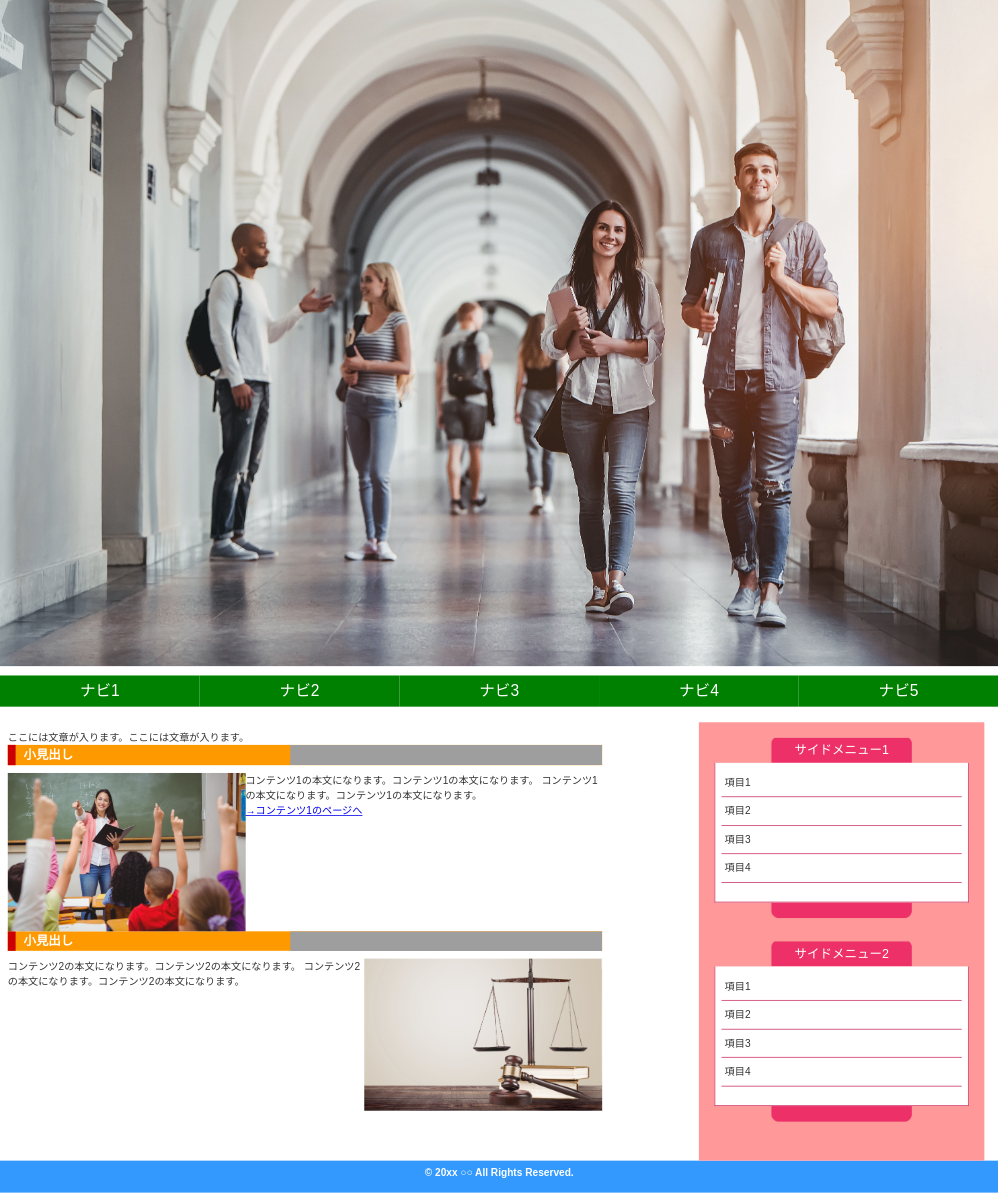
Repository: HeshaRI123/samurai_HTML-CSS
Page: index.html
The author's editor kept a record of every edit. The page is drawn from the files as they stood at one moment, then again after the next edit.
The browser window is 1280 px wide. The pictures show the whole page, at 78% of full size.
Pictures or frames that could not be fetched are drawn as grey boxes.

Above is the page before.

After the next edit:
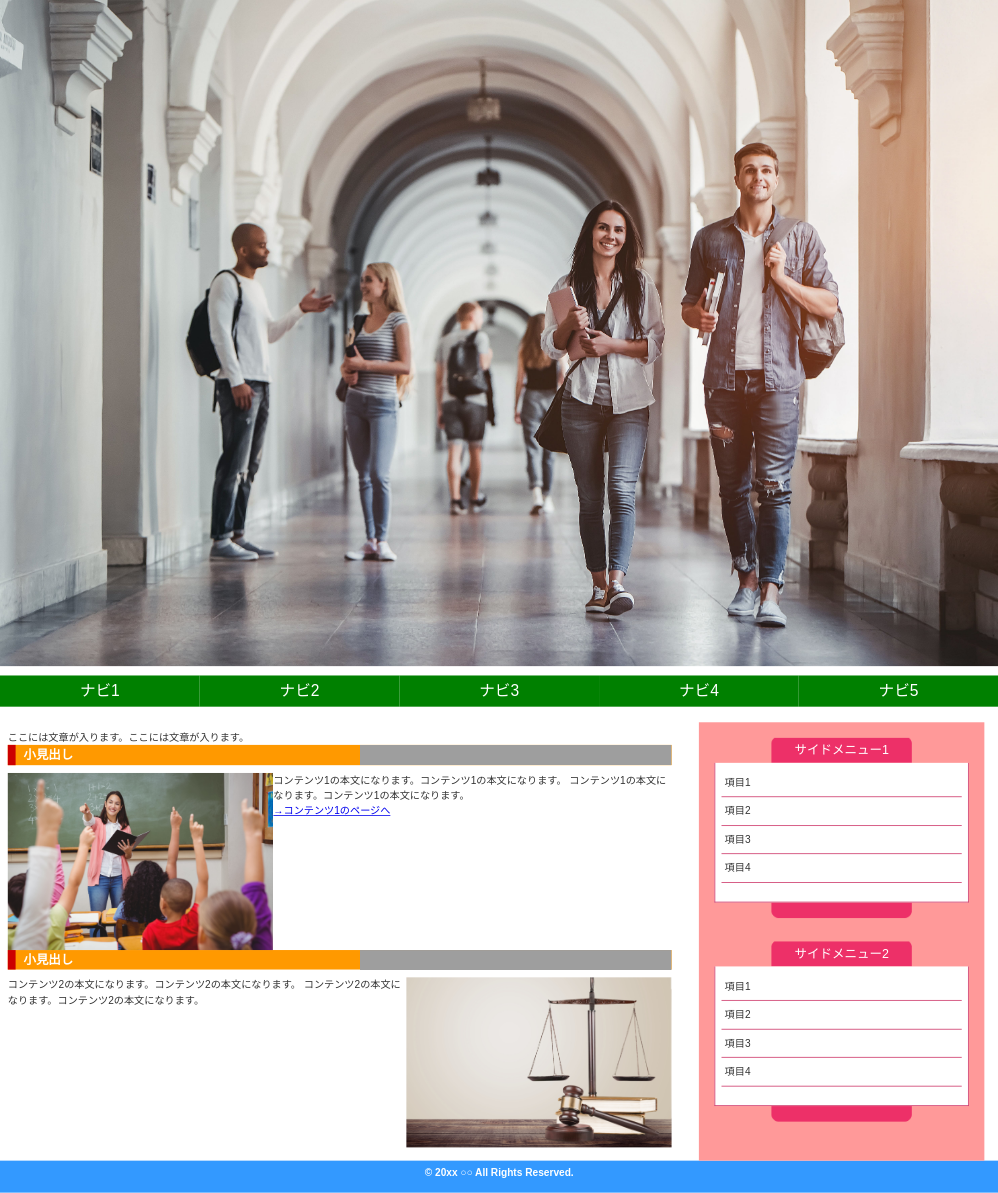
The edit:
--- a/stylesheet.css
+++ b/stylesheet.css
@@ -90,7 +90,7 @@
 
 /*---------- main -------------*/
 #main {
-	width: 85%;
+	width: 95%;
 	padding: 10px 30px 10px 10px;
 }
 #main h2 {
